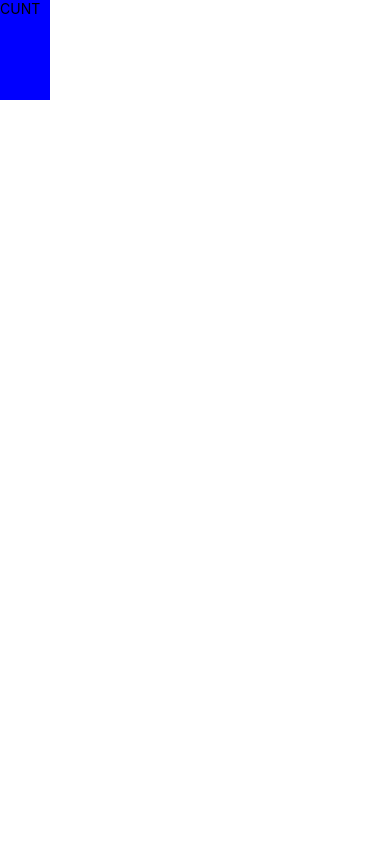
Repository: ph0ph0/ReactNative--UK-Property-App
Screen: /
These files come from the project's save history. The screen is drawn as it stood at one moment and after the next save; the edit follows.
The app was drawn by React Native's web renderer in a window 390 px wide. The project was rebuilt for these pictures with package versions that can differ from the ones it lists, and the page was loaded fresh each time.

Above is the screen before, as saved 2019-11-16 22:45:32.

After the next save:
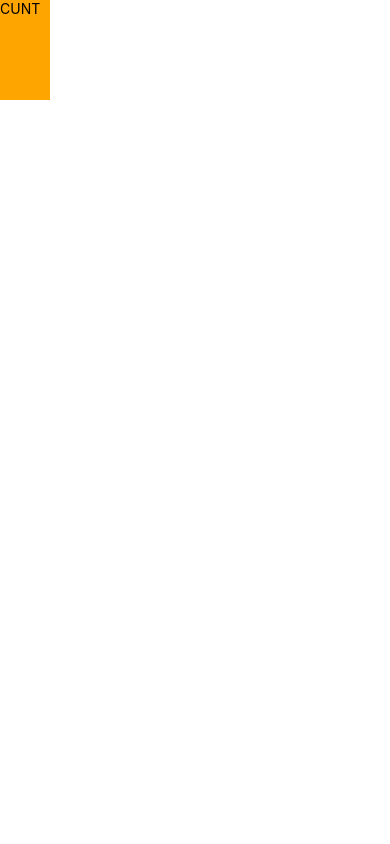
Saved 7 s later.
--- a/App.tsx
+++ b/App.tsx
@@ -31,7 +31,7 @@ const PageOne: FunctionComponent<PageOneProps> = () => {
   return (
     <View
       style={{
-        backgroundColor: 'blue',
+        backgroundColor: 'orange',
         borderColor: 'red',
         height: 100,
         width: 50,
